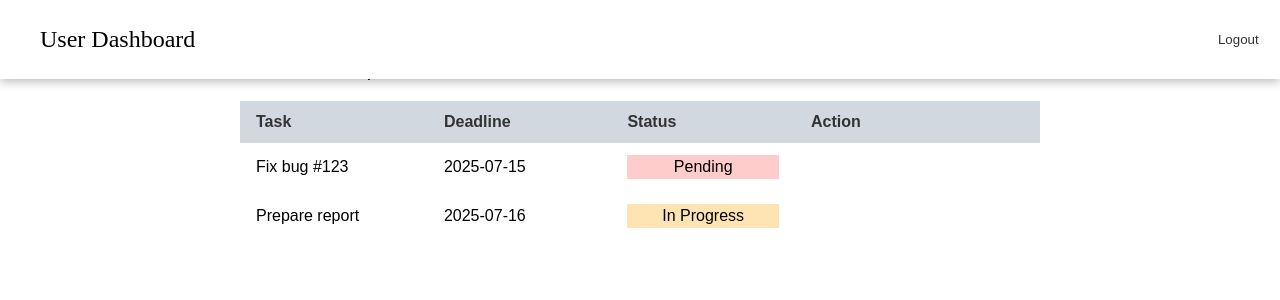
Repository: Edmund-Kiama/todoPHP
Page: /user (app in task-manager-frontend/)
These files come from the project's save history. The page is drawn as it stood at one moment and after the next save; the edit follows.
The browser window is 1280 px wide. The pictures show the whole page.
The project was rebuilt for these pictures with package versions that can differ from the ones it lists, and the page was loaded fresh each time. Also part of the build but not shown: task-manager-frontend/vite.config.js, task-manager-frontend/src/components/Login/login.css, task-manager-frontend/src/components/Login/Login.vue, task-manager-frontend/src/components/Admin/admin.css, task-manager-frontend/src/components/Admin/AdminDashboard.vue.

Above is the page before, as saved 2025-07-12 22:36:32.

### task-manager-frontend/src/App.vue
<script setup>
  import Navbar from './components/Navbar/Navbar.vue';
  import { store } from './store';
</script>

<template>
  <Navbar />
  <router-view />
</template>

### task-manager-frontend/src/router/index.js
import { createRouter, createWebHistory } from 'vue-router';
import Login from '../components/Login/Login.vue';
import AdminDashboard from '../components/Admin/AdminDashboard.vue';
import UserDashboard from '../components/User/UserDashboard.vue';

const routes = [
  { path: '/', name: 'Login', component: Login },
  { path: '/admin', name: 'AdminDashboard', component: AdminDashboard },
  { path: '/user', name: 'UserDashboard', component: UserDashboard }
];

const router = createRouter({
  history: createWebHistory(),
  routes
});

export default router;

### task-manager-frontend/src/components/Navbar/Navbar.vue

<template>
  <nav v-if="store.user.loggedIn" class="navbar">
    <ul>
      <li v-if="user.role === 'admin'">Admin Dashboard</li>
      <li v-if="user.role === 'user'">User Dashboard</li>
      <li><button @click="logout">Logout</button></li>
    </ul>
  </nav>
</template>

<script setup>
  import "./nav.css"
  import { store } from '../../store'
  import { useRouter } from 'vue-router'

  const router = useRouter()

  const user = store.user
  if (!user.loggedIn) router.push('/')

  function logout() {
    store.user.role = null
    store.user.loggedIn = false
    localStorage.removeItem('token')
    router.push('/')
  }
</script>

### task-manager-frontend/src/store.js
import { reactive } from 'vue'

export const store = reactive({
  user: {
    role: "user",
    loggedIn: true,
    username: "Nick"
  },
})

### task-manager-frontend/src/components/User/UserDashboard.vue
<script setup>
  import './user.css'
  import { ref, computed } from 'vue';
  import { store } from '../../store';

  // Mocked logged-in user
  const currentUser = 'user@example.com';
  const user = store.user

  // Mocked task list — in a real app, fetch from backend
  const allTasks = ref([
    { title: 'Fix bug #123', user: 'user@example.com', deadline: '2025-07-15', status: 'Pending' },
    { title: 'Prepare report', user: 'user@example.com', deadline: '2025-07-16', status: 'In Progress' },
    { title: 'Update Docs', user: 'bob@example.com', deadline: '2025-07-17', status: 'Pending' }
  ]);

  const userTasks = computed(() =>
    allTasks.value.filter(task => task.user === currentUser)
  );
  const activeTasks = computed(() => userTasks.value.filter(t => t.status !== 'Completed'))
  const completedTasks = computed(() => userTasks.value.filter(t => t.status === 'Completed'))

  function nextStatus(status) {
    if (status === 'Pending') return 'In Progress';
    if (status === 'In Progress') return 'Completed';
    return '';
  }

  function advanceStatus(index) {
    const task = userTasks.value[index];
    if (task.status === 'Pending') {
      task.status = 'In Progress';
    } else if (task.status === 'In Progress') {
      task.status = 'Completed';
    }
  }
  function statusClass(status) {
    return {
      'status-completed': status === 'Completed',
      'status-inprogress': status === 'In Progress',
      'status-pending': status === 'Pending',
    }
  }
</script>
<template>
    <div class="user-dashboard">
  <section>
    <h3>Welcome {{ user.username }},</h3>

    <!-- Active Tasks Table -->
    <table v-if="activeTasks.length">
      <thead>
        <tr>
          <th>Task</th><th>Deadline</th><th>Status</th><th>Action</th>
        </tr>
      </thead>
      <tbody>
        <tr v-for="(task, index) in activeTasks" :key="index">
          <td>{{ task.title }}</td>
          <td>{{ task.deadline }}</td>
          <td><div :class="statusClass(task.status)">{{ task.status }}</div></td>
          <td>
            <button @click="advanceStatus(index)">
              Mark as {{ nextStatus(task.status) }}
            </button>
          </td>
        </tr>
      </tbody>
    </table>

    <p v-else>No active tasks.</p>

    <!-- Completed Tasks Table -->
    <h4 v-if="completedTasks.length" style="margin-top: 2rem;">Completed Tasks</h4>
    <table v-if="completedTasks.length">
      <thead>
        <tr>
          <th>Task</th><th>Deadline</th><th>Status</th>
        </tr>
      </thead>
      <tbody>
        <tr v-for="(task, index) in completedTasks" :key="index">
          <td>{{ task.title }}</td>
          <td>{{ task.deadline }}</td>
          <td><div :class="statusClass(task.status)">{{ task.status }}</div></td>
        </tr>
      </tbody>
    </table>
  </section>
</div>

</template>

### task-manager-frontend/src/components/Navbar/nav.css
.navbar {
    background-color: white;
    margin: 0;
    padding: 0;
    position: fixed;
    box-shadow: 0 2px 10px rgba(0, 0, 0, 0.3);
    width: 100%;
    top: 0;
    left: 0;
    right: 0;
}
.navbar ul {
    display: flex;
    justify-content: space-between;
    align-items: center;
    gap: 1rem;
    list-style: none;
    font-size: 1.5em;
}
.navbar ul li {
    display: flex;
    align-items: center;
}
.navbar button {
    text-decoration: none;
    background: none;
    border: none;
    padding: 0.5rem;
    border-radius: 5px;
    color: #333;
    transition: all;
    transition-duration: 300ms;
    cursor: pointer;
    margin-right: 1em;
}
.navbar button:hover {
    background-color:  #3498db;
    color: white;
}

### task-manager-frontend/src/components/User/user.css
.user-dashboard {
    max-width: 800px;
    margin: 2rem auto;
    margin-top: 60px;
    font-family: Arial, sans-serif;
}

.user-dashboard table {
    width: 100%;
    border-collapse: collapse;
    margin-top: 1rem;
    font-family: sans-serif;
    border: none; /* remove outer border */
}
.user-dashboard th,
.user-dashboard td {
    padding: 0.75rem 1rem;
    text-align: left;
    border: none; /* remove inner lines */
    vertical-align: middle;
    min-width: 100px;
}

.user-dashboard th {
    background-color: #d1d8df;
    font-weight: bold;
    color: #333;
}

.user-dashboard td button {
    visibility: hidden;
    background-color: #4DA2F7;
    color: white;
    border: none;
    padding: 5px 10px;
    margin-right: 5px;
    border-radius: 4px;
    cursor: pointer;
    transition: background-color 0.2s ease;
}

.user-dashboard button:hover {
    background-color: #1c74d9;
}

.user-dashboard tr:hover td button {
    visibility: visible;
}

.user-dashboard tr:hover {
    background-color: #f0f8ff;
}
.user-dashboard .status-completed {
    background-color: rgba(0, 128, 0, 0.189);
    text-align: center;
    padding: 0.2em;
}

.user-dashboard .status-inprogress {
    text-align: center;
    background-color: rgba(255, 166, 0, 0.297);
    padding: 0.2em;
}

.user-dashboard .status-pending {
    text-align: center;
    background-color: rgba(255, 0, 0, 0.2);
    padding: 0.2em;
}

Loaded but not shown: task-manager-frontend/index.html (common file); task-manager-frontend/src/main.js (common file)

After the next save:
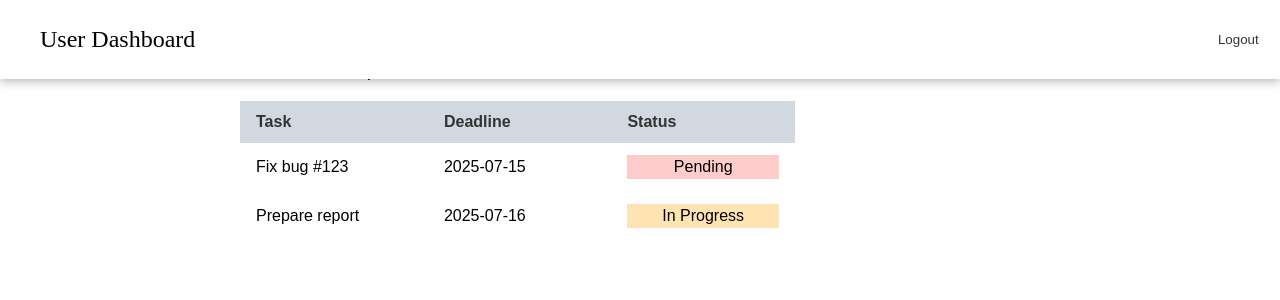
Saved 23 s later.
--- a/task-manager-frontend/src/components/User/UserDashboard.vue
+++ b/task-manager-frontend/src/components/User/UserDashboard.vue
@@ -51,7 +51,7 @@
     <table v-if="activeTasks.length">
       <thead>
         <tr>
-          <th>Task</th><th>Deadline</th><th>Status</th><th>Action</th>
+          <th>Task</th><th>Deadline</th><th>Status</th>
         </tr>
       </thead>
       <tbody>
